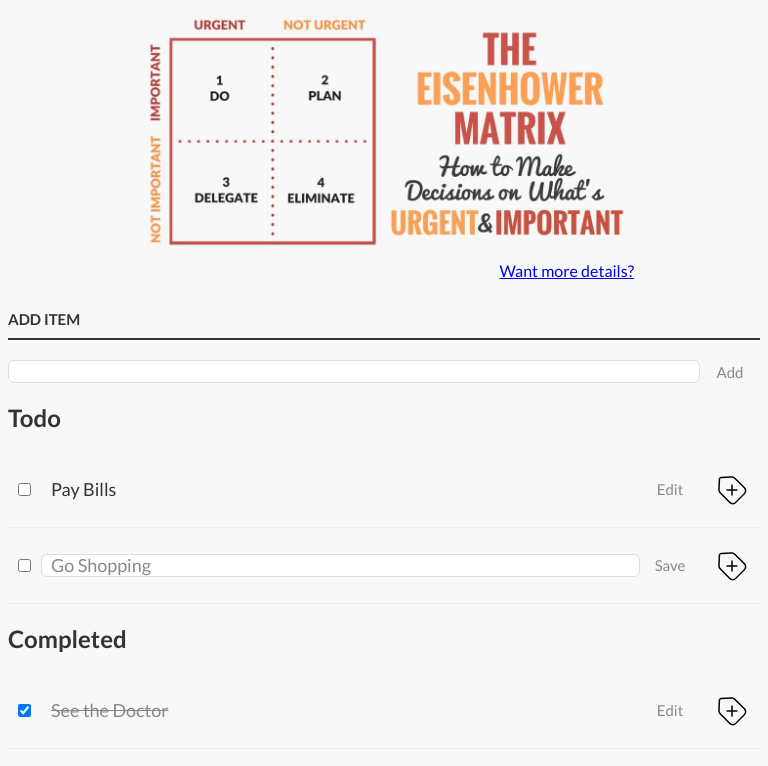
Repository: dev1siWoo/clean-code-s1e1
Page: index.html
The author's editor kept a copy of each file at every save. The page is drawn from the files as they stood at one save, then again after a run of saves.
The browser window is 768 px wide. The pictures show the whole page.

Above is the page before, as saved 2024-01-08 22:41:40.

After the next 2 saves:
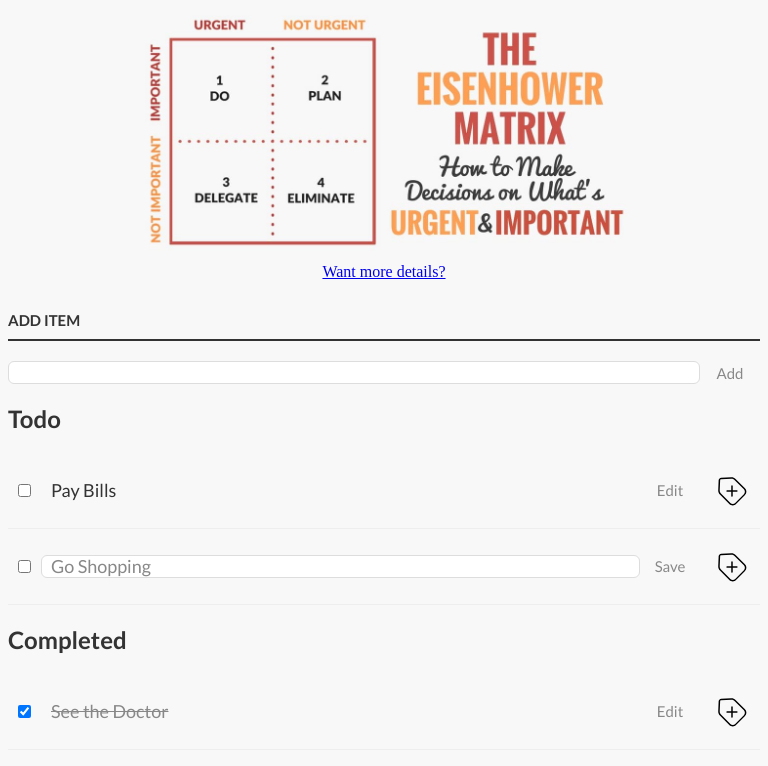
The 2 saves are shown as one change because they came seconds apart.
The last was saved 6 s later.
--- a/style.css
+++ b/style.css
@@ -13,12 +13,12 @@
 .header img {
   width: 100%;
 }
-.header .more-inf {
+.header .link {
   font-family: fantasy, cursive;
 }
 
 @media (max-width: 768px) {
-  .aaa {
+  .header {
     text-align: center;
   }
 }
